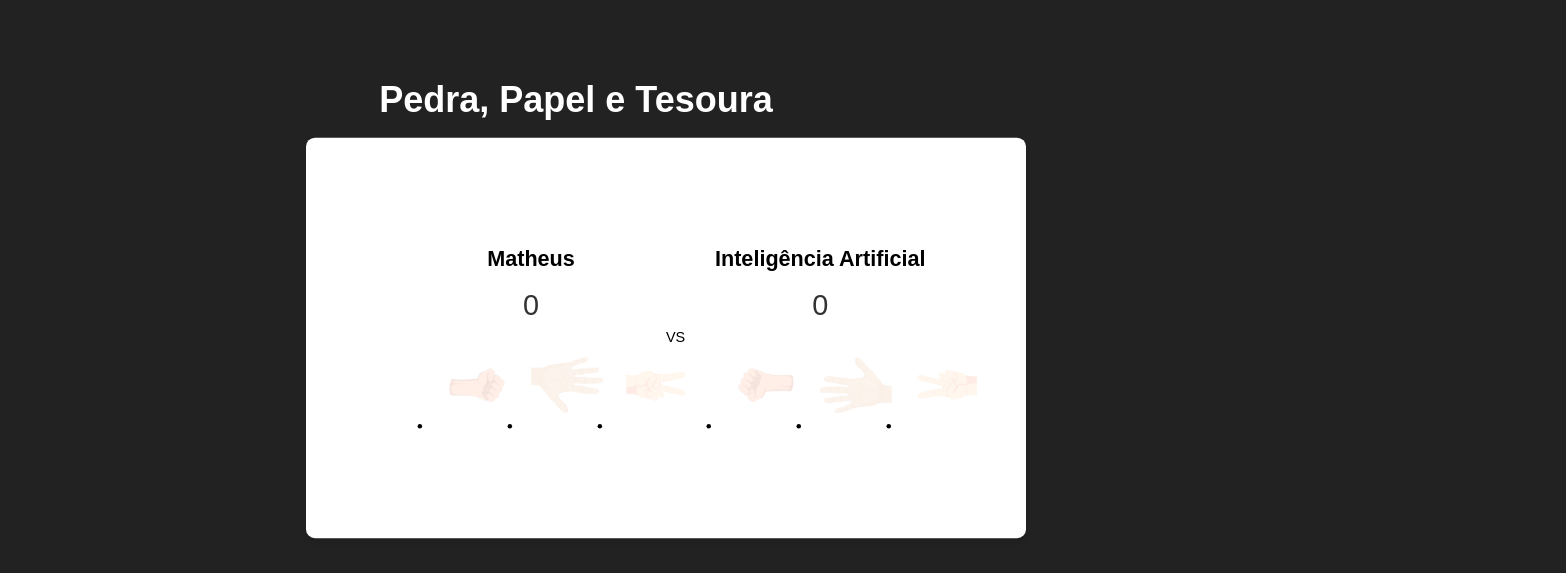
Repository: Matheus904-12/Pedra-Papel
Page: index.html
The author's editor kept a copy of each file at every save. The page is drawn from the files as they stood at one save, then again after a run of saves.
The browser window is 1280 px wide. The page is 1280 px wide, then 1740 px, so the pictures cover 1740 px, including what lies to the right of the window. The pictures show the whole page, at 90% of full size.

Above is the page before, as saved 2023-08-28 21:56:47.

### index.html
<!DOCTYPE html>
<html lang="en">
<head>
    <meta charset="UTF-8">
    <meta name="viewport" content="width=device-width, initial-scale=1.0">
    <title>Pedra, Papel e Tesoura</title>
    <link rel="stylesheet" href="style.css">
    <script src="script.js"></script>
</head>
<body>
    <center>
    <div class="box">
        <div class="container">
            <h1 id="titulo">Pedra, Papel e Tesoura</h1>
            <div class="placar" id="placar">
                <div class="jogador">
                    <h2 id="jogadorNome">Matheus</h2>
                    <p id="jogadorPontos">0</p>
                    <ul class="escolhas" id="jogadorEscolha">
                        <li>
                            <a id="jogadorEscolha1" class="escolha" onclick="jogar(1)">
                                <img src="img/1-removebg-preview.png" alt="">
                            </a>
                        </li>
                        <li>
                            <a id="jogadorEscolha2" class="escolha" onclick="jogar(2)">
                                <img src="img/2-removebg-preview.png" alt="">
                            </a>
                        </li>
                        <li>
                            <a id="jogadorEscolha3" class="escolha" onclick="jogar(3)">
                                <img src="img/3-removebg-preview.png" alt="">
                            </a>
                        </li>
                    </ul>
                </div>
                <div id="versus">VS</div>
                <div class="computador">
                    <h2 id="computadorNome">Inteligência Artificial</h2>
                    <p id="computadorPontos">0</p>
                    <ul class="escolhas" id="computadorEscolha">
                        <li>
                            <a id="computadorEscolha1" class="escolha">
                                <img src="img2/1.png" alt="">
                            </a>
                        </li>
                        <li>
                            <a id="computadorEscolha2" class="escolha">
                                <img src="img2/2.png" alt="">
                            </a>
                        </li>
                        <li>
                            <a id="computadorEscolha3" class="escolha">
                                <img src="img2/3.png" alt="">
                            </a>
                        </li>
                    </ul>
                </div>
            </div>
            <div class="mensagem"><p id="mensagem"class="result-message">&nbsp;</p>
    </div>
</center>
</body>
</html>

### style.css
ul#jogadorEscolha li a,
ul#computadorEscolha li a{
    opacity: 0.2;
    transition: ease-in-out 0.3s;
}
ul#jogadorEscolha li a:hover,
ul#jogadorEscolha li a.selecionado,
ul#computadorEscolha li a.selecionado {
    opacity: 1;
}

/* Estilos gerais */
body {
    font-family: 'Arial', sans-serif;
    background-color: #222;
    margin: 0;
    padding: 0;
    transition: background-color 0.5s ease;
    align-items: center;
}

/* Estilo do container principal */
.box {
    display: flex;
    align-items: center;
    justify-content: center;
    min-height: 100vh;
    transition: background-color 0.5s ease;
}

.container {
    width: 100%;
    max-width: 600px;
    text-align: center;
}

/* Estilo do título */
#titulo {
    font-size: 2.5rem;
    color: #fff;
    margin-bottom: 20px;
}

/* Estilo do placar */
.placar {
    display: flex;
    align-items: center;
    justify-content: space-between;
    padding: 100px;
    background-color: #fff;
    border-radius: 10px;
    box-shadow: 0 4px 6px rgba(0, 0, 0, 0.1);
    width: 100%;
    margin: 0 auto;
    max-width: 1200px;
}

.jogador,
.computador {
    width: 50%;
}

.jogador p,
.computador p {
    font-size: 2rem;
    color: #333;
    margin: 0;
}

.escolhas {
    display: flex;
    justify-content: space-around;
    margin-top: 20px;
}

.escolhas img {
    max-width: 100px;
    cursor: pointer;
    transition: transform 0.3s ease;
}

.escolhas img:hover {
    transform: scale(1.1);
}

/* Estilo do resultado/mensagem */
.result-message {
    font-size: 1.2rem;
    margin-top: 20px;
    color: #fff;
}

.result-message.vitoria {
    color: #4CAF50;
}

.result-message.derrota {
    color: #FF5733;
}

.result-message.empate {
    color: #FFC300;
}

/* Estilo do botão reiniciar */
.reiniciar-jogo {
    background-color: #3498db;
    border: none;
    color: white;
    padding: 10px 20px;
    text-align: center;
    text-decoration: none;
    display: inline-block;
    font-size: 16px;
    border-radius: 5px;
    cursor: pointer;
    transition: background-color 0.3s ease;
}

.reiniciar-jogo:hover {
    background-color: #2980b9;
}

/* Estilo do histórico */
.historico {
    text-align: center;
    margin-top: 20px;
}

.historico-toggle {
    background-color: #333;
    border: none;
    color: white;
    padding: 5px 10px;
    font-size: 14px;
    border-radius: 5px;
    cursor: pointer;
    transition: background-color 0.3s ease;
}

.historico-toggle:hover {
    background-color: #222;
}

.historico-list {
    list-style: none;
    padding: 0;
    display: none;
    text-align: left;
}

.historico-list li {
    font-size: 14px;
    margin-bottom: 5px;
    color: #fff;
}

### script.js
let jogadorEscolha = 0;
let jogadorPontos = 0;
let computadorEscolha = 0;
let computadorPontos = 0;
let ganhador = -1;
let historico = [];

function jogar(escolha){
    jogadorEscolha = escolha;
    computadorEscolha = Math.floor(Math.random() * 3) + 1;


/*PEDRA = 1
  PAPEL = 2
  TESOURA = 3
*/

if (jogadorEscolha == 1 && computadorEscolha == 1) {
    ganhador = 0;
    //*PEDRA = PEDRA*//
} else if (jogadorEscolha == 1 && computadorEscolha == 2) {
    ganhador = 2;
    //PEDRA E PAPEL = PAPEL//
} else if (jogadorEscolha == 1 && computadorEscolha == 3) {
    ganhador = 1;
    //PEDRA E TESOURA = PEDRA//
} else if (jogadorEscolha == 2 && computadorEscolha == 1) {
    ganhador = 1;
    //PAPEL E PEDRA = PEDRA
} else if (jogadorEscolha == 2 && computadorEscolha == 2) {
    ganhador =  0;
    //PAPEL E PAPEL = NADA
} else if (jogadorEscolha == 2 && computadorEscolha == 3) {
    ganhador = 2;
    //PAPEL E TESOURA = TESOURA
} else if (jogadorEscolha == 3 && computadorEscolha == 1) {
    ganhador = 2;
    //TESOURA E PEDRA = PEDRA
} else if (jogadorEscolha == 3 && computadorEscolha == 2) {
    ganhador = 1;
    //TESOURA E PAPEL = TESOURA
} else if (jogadorEscolha == 3 && computadorEscolha == 3) {
    ganhador = 0;
    //TESOURA E TESOURA = EMPATE
}


document.getElementById('jogadorEscolha1').classList.remove('selecionado');
document.getElementById('jogadorEscolha2').classList.remove('selecionado');
document.getElementById('jogadorEscolha3').classList.remove('selecionado');
document.getElementById('computadorEscolha1').classList.remove('selecionado');
document.getElementById('computadorEscolha2').classList.remove('selecionado');
document.getElementById('computadorEscolha3').classList.remove('selecionado');



document.getElementById('jogadorEscolha'+jogadorEscolha).classList.add('selecionado');
document.getElementById('computadorEscolha'+computadorEscolha).classList.add('selecionado');


/*
EMPATE = 0;
JOGADOR = 1;
COMPUTADOR = 2;
*/


// Atualizar placar
if (ganhador === 1) {
    jogadorPontos++;
} else if (ganhador === 2) {
    computadorPontos++;
}

document.getElementById('jogadorPontos').textContent = jogadorPontos;
document.getElementById('computadorPontos').textContent = computadorPontos;


// Mensagem do resultado
let mensagem = '';
if (ganhador === 1) {
    mensagem = 'Você venceu!';
} else if (ganhador === 2) {
    mensagem = 'Você perdeu!';
} else {
    mensagem = 'Empate!';
}

// Adicionar ao histórico
historico.push({
    jogador: jogadorEscolha,
    computador: computadorEscolha,
    resultado: ganhador
});

// Atualizar elementos na página
document.getElementById('jogadorPontos').textContent = jogadorPontos;
document.getElementById('computadorPontos').textContent = computadorPontos;
document.querySelector('.result-message').textContent = mensagem;
document.querySelector('.result-message').className = `result-message ${ganhadorClass}`;

// Exibir histórico
mostrarHistorico();

// Adicionar classe de estilo à mensagem
let mensagemElement = document.getElementById('mensagem');
mensagemElement.classList.remove('vitoria', 'derrota', 'empate');
if (ganhador === 1) {
    mensagemElement.classList.add('vitoria');
} else if (ganhador === 2) {
    mensagemElement.classList.add('derrota');
} else {
    mensagemElement.classList.add('empate');
}
}

function mostrarHistorico() {
let historicoList = document.getElementById('historico-list');
historicoList.innerHTML = '';

for (let i = 0; i < historico.length; i++) {
    let item = historico[i];
    let resultado = '';
    if (item.resultado === 1) {
        resultado = 'Vitória';
    } else if (item.resultado === 2) {
        resultado = 'Derrota';
    } else {
        resultado = 'Empate';
    }

    let listItem = document.createElement('li');
    listItem.textContent = `Jogador: ${item.jogador} | Computador: ${item.computador} | Resultado: ${resultado}`;
    historicoList.appendChild(listItem);
}


document.getElementById('historico-toggle').addEventListener('click', function() {
    const historicoList = document.querySelector('.historico-list');
    historicoList.style.display = historicoList.style.display === 'none' ? 'block' : 'none';
    this.textContent = historicoList.style.display === 'none' ? 'Ver Histórico' : 'Esconder Histórico';
});

// Mensagem do resultado
let mensagem = '';
if (ganhador === 1) {
    mensagem = 'Você venceu!';
} else if (ganhador === 2) {
    mensagem = 'Você perdeu!';
} else {
    mensagem = 'Empate!';
}

// Adicionar ao histórico
historico.push({
    jogador: jogadorEscolha,
    computador: computadorEscolha,
    resultado: ganhador
});


// Atualizar elementos na página
document.getElementById('jogadorPontos').textContent = jogadorPontos;
document.getElementById('computadorPontos').textContent = computadorPontos;
document.querySelector('.result-message').textContent = mensagem;
document.querySelector('.result-message').className = `result-message ${ganhadorClass}`;


 // Adicionar classe de estilo à mensagem
let mensagemElement = document.querySelector('.mensagem');
mensagemElement.classList.remove('vitoria', 'derrota', 'empate');
if (ganhador === 1) {
    mensagemElement.classList.add('vitoria');
} else if (ganhador === 2) {
    mensagemElement.classList.add('derrota');
} else {
    mensagemElement.classList.add('empate');
}

// Atualizar estilo da página com base no resultado
document.querySelector('.box').className = `box ${ganhadorClass}`;




// Atualizar cor de fundo com base no resultado
if (ganhador === 1) {
    document.body.style.backgroundColor = '#4CAF50'; // Verde
} else if (ganhador === 2) {
    document.body.style.backgroundColor = '#FF5733'; // Vermelho
} else {
    document.body.style.backgroundColor = '#FFC300'; // Amarelo
}


// Selecionar escolha do jogador
document.getElementById(`jogadorEscolha${jogadorEscolha}`).classList.add('selecionado');


// Atualizar escolhas do jogador
document.getElementById(`jogadorEscolha${jogadorEscolha}`).classList.add('selecionado');
document.getElementById(`computadorEscolha${computadorEscolha}`).classList.add('selecionado');

// Atualizar estilo da página com base no resultado
document.querySelector('.box').className = `box ${ganhadorClass}`;

// Função para reiniciar o jogo
function reiniciarJogo() {
    jogadorPontos = 0;
    computadorPontos = 0;
    historico = [];
    limparEscolhas();
    atualizarPlacar();
    limparMensagem();
    mostrarHistorico();
    resetarEstiloPagina();
}

// Limpar escolhas selecionadas
function limparEscolhas() {
    document.querySelectorAll('.escolha').forEach(element => {
        element.classList.remove('selecionado');
    });
}

// Atualizar placar
function atualizarPlacar() {
    document.getElementById('jogadorPontos').textContent = jogadorPontos;
    document.getElementById('computadorPontos').textContent = computadorPontos;
}

// Limpar mensagem do resultado
function limparMensagem() {
    document.querySelector('.result-message').textContent = '';
    document.querySelector('.mensagem').className = 'mensagem';
}

// Resetar estilo da página
function resetarEstiloPagina() {
    document.querySelector('.box').className = 'box';
}

// Botão de reiniciar o jogo
document.getElementById('reiniciar-jogo').addEventListener('click', function() {
    reiniciarJogo();
});


// Função para reiniciar o jogo
function reiniciarJogo() {
    jogadorPontos = 0;
    computadorPontos = 0;
    historico = [];
    limparEscolhas();
    atualizarPlacar();
    limparMensagem();
    mostrarHistorico();
    resetarEstiloPagina();
}

// Limpar escolhas selecionadas
function limparEscolhas() {
    document.querySelectorAll('.escolha').forEach(element => {
        element.classList.remove('selecionado');
    });
}

// Atualizar placar
function atualizarPlacar() {
    document.getElementById('jogadorPontos').textContent = jogadorPontos;
    document.getElementById('computadorPontos').textContent = computadorPontos;
}

// Limpar mensagem do resultado
function limparMensagem() {
    document.querySelector('.result-message').textContent = '';
    document.querySelector('.mensagem').className = 'mensagem';
}

// Resetar estilo da página
function resetarEstiloPagina() {
    document.querySelector('.box').className = 'box';
}

// Botão de reiniciar o jogo
document.getElementById('reiniciar-jogo').addEventListener('click', function() {
    reiniciarJogo();
});


}

After the next 3 saves:
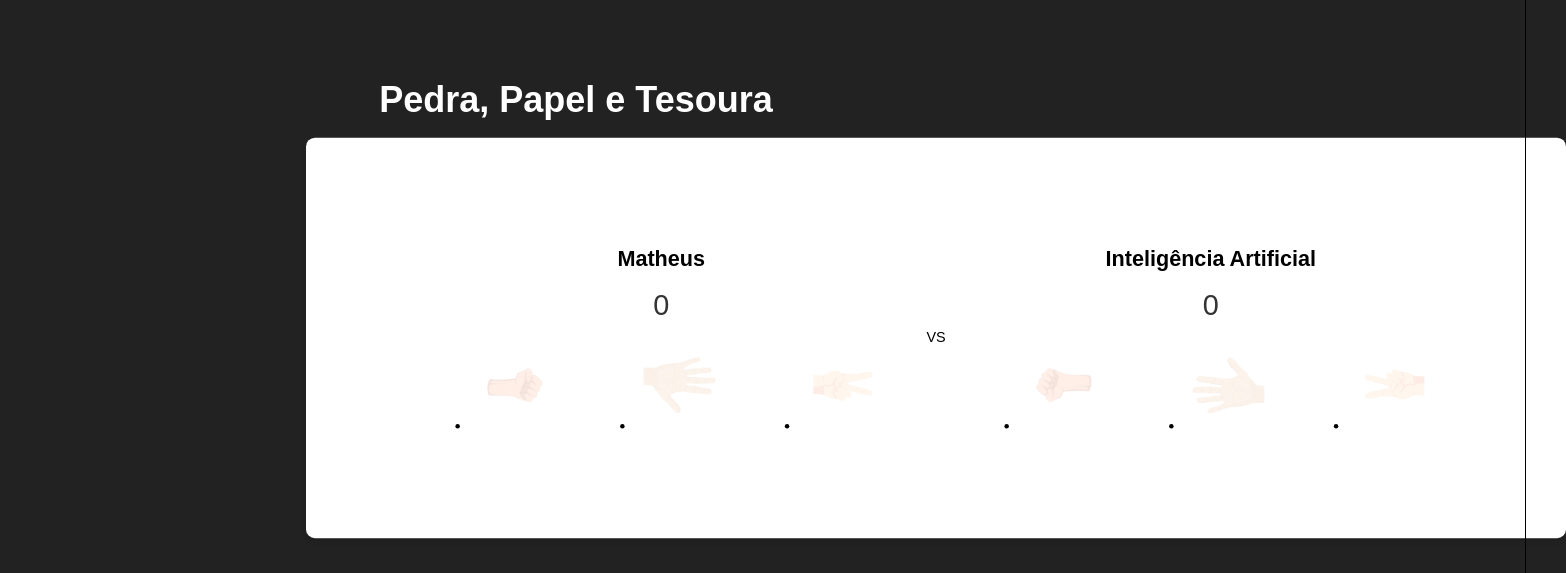
The 3 saves are shown as one change because they came seconds apart.
The last was saved 12 s later.
--- a/style.css
+++ b/style.css
@@ -50,7 +50,7 @@ body {
     background-color: #fff;
     border-radius: 10px;
     box-shadow: 0 4px 6px rgba(0, 0, 0, 0.1);
-    width: 100%;
+    width: 100vw;
     margin: 0 auto;
     max-width: 1200px;
 }
